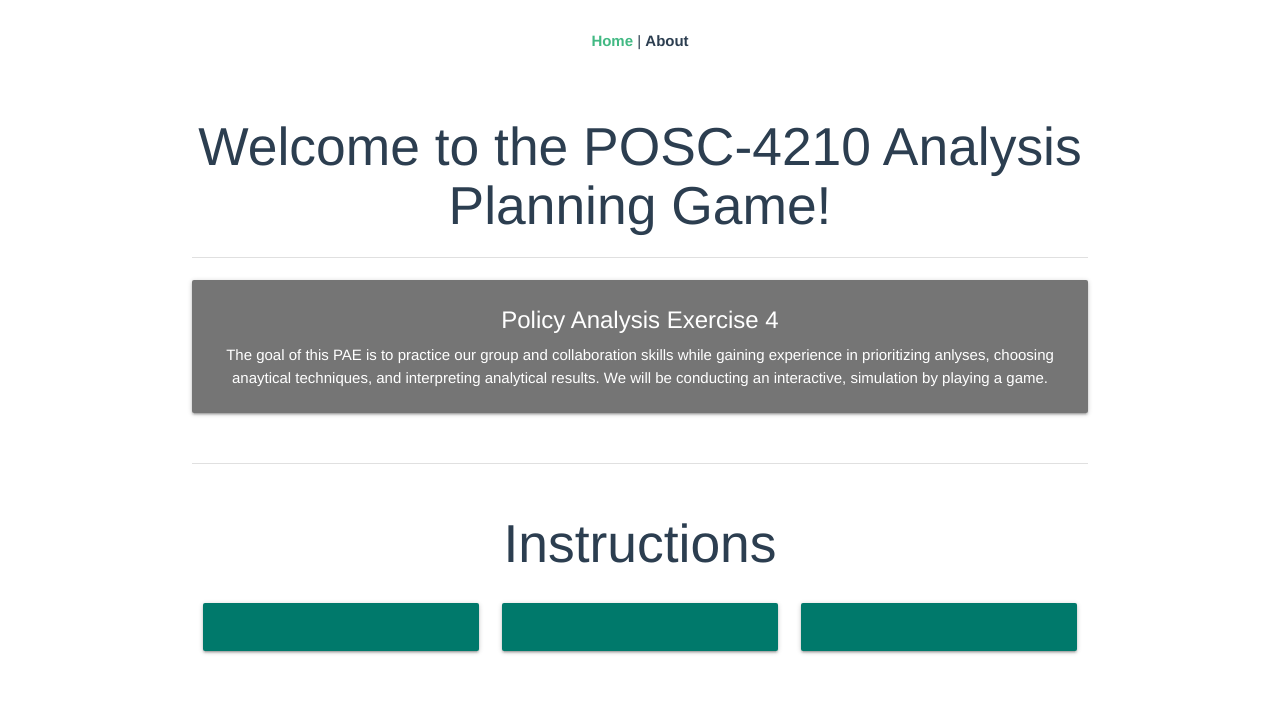
Repository: gallard28/posc4210app
Page: /
An editor plug-in stored every save of this project. The page is shown before and after the next save, followed by the edit.
The browser window is 1280 px wide. The pictures show the whole page.
The project was rebuilt for these pictures with package versions that can differ from the ones it lists, and the page was loaded fresh each time.

Above is the page before, as saved 2020-09-20 16:06:36.

After the next save:
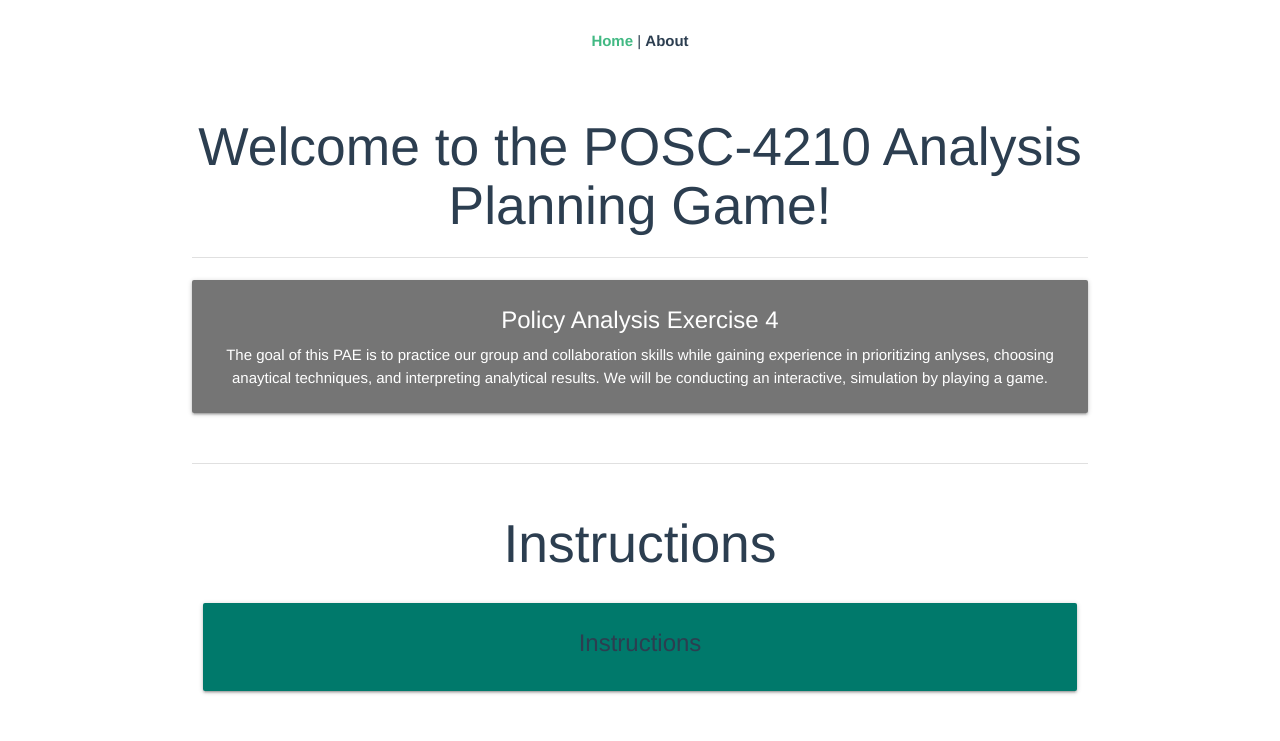
Saved 54 s later.
--- a/src/views/Home.vue
+++ b/src/views/Home.vue
@@ -26,21 +26,11 @@
       </div>
       <div class="row">
         <!-- Card 1 -->
-        <div class="col s4">
+        <div class="col s12">
           <div class="card teal darken-2">
-            <div class="card-content"></div>
-          </div>
-        </div>
-        <!-- Card 2 -->
-        <div class="col s4">
-                    <div class="card teal darken-2">
-            <div class="card-content"></div>
-          </div>
-        </div>
-        <!-- Card 3 -->
-        <div class="col s4">
-                    <div class="card teal darken-2">
-            <div class="card-content"></div>
+            <div class="card-content">
+              <span class="card-title">Instructions</span>
+            </div>
           </div>
         </div>
       </div>
